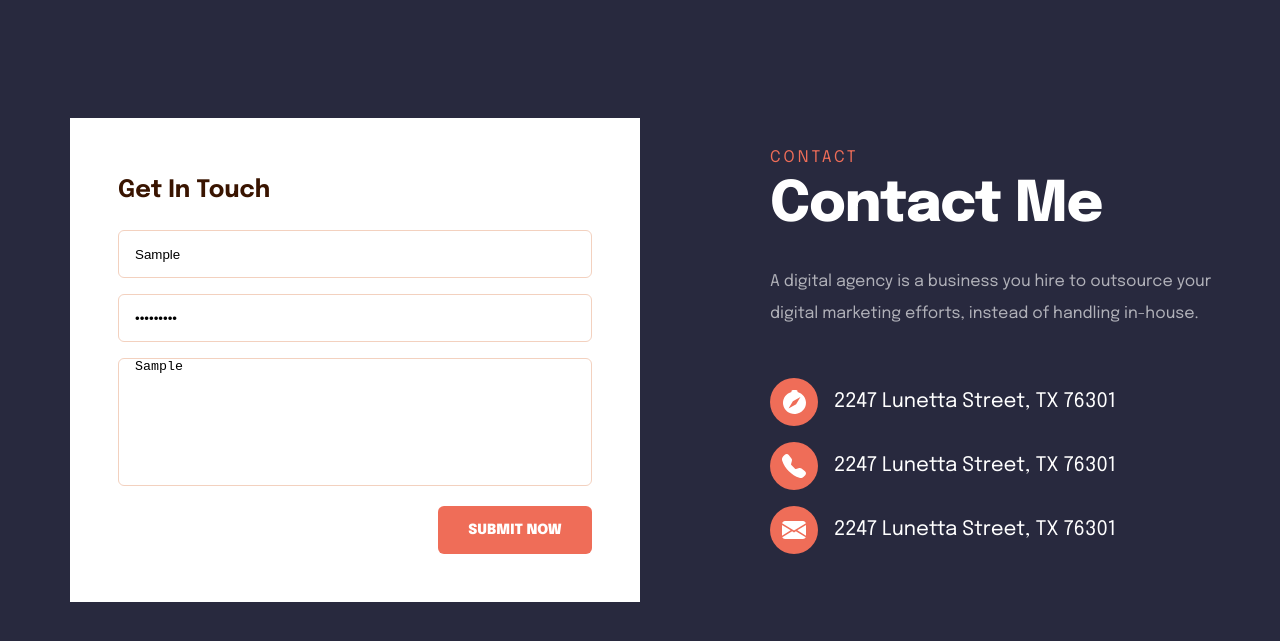
Repository: SabrinaSeydaliyeva/Task-17
Page: pages/contactPage/index.html
The author's editor kept a copy of each file at every save. The page is drawn from the files as they stood at one save, then again after the next save.
The browser window is 1280 px wide. The pictures show the whole page.
Empty fields were first filled with sample values (such as "Sample", 5 or name@example.com).
After loading, the first visible `button` was clicked once.
The style sheet was rebuilt from its Sass, Less or Tailwind sources for each picture, by a compiler version that may differ from the author's.

Above is the page before, as saved 2023-09-06 16:08:57.

After the next save:
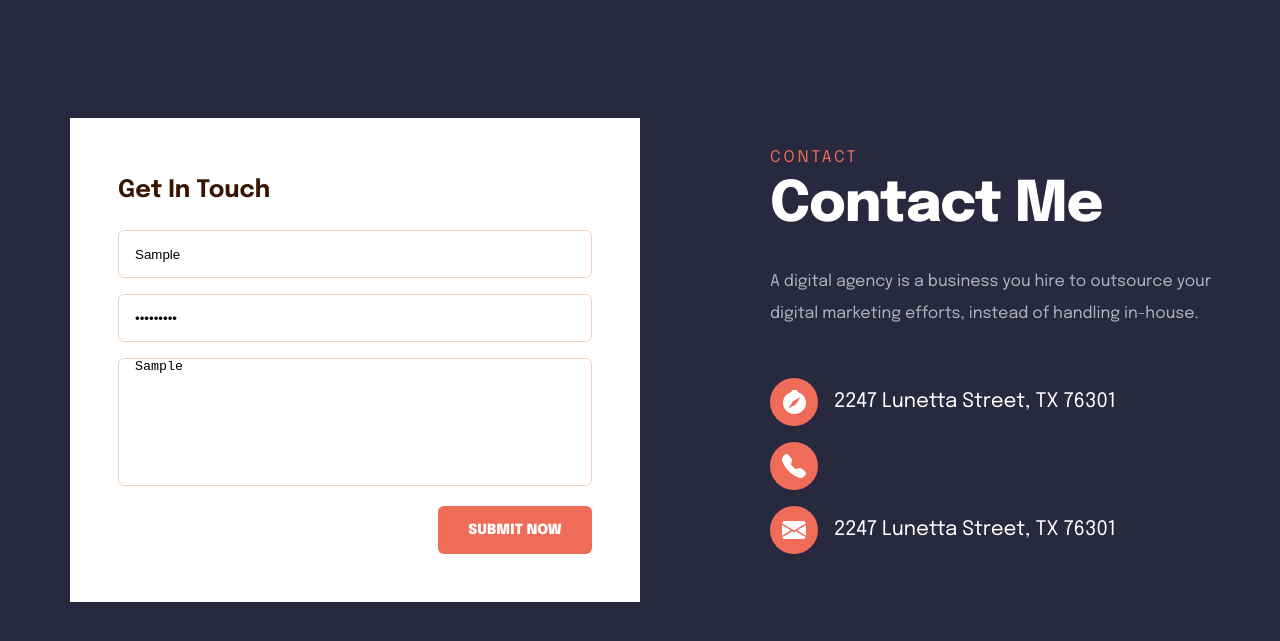
Saved 25 s later.
--- a/pages/contactPage/index.js
+++ b/pages/contactPage/index.js
@@ -47,7 +47,7 @@ ul.innerHTML+=
     />
   </svg>
 </div>
-<p>2247 Lunetta Street, TX 76301</p>
+<p></p>
 </li>
 <li>
 <div class="circle">
